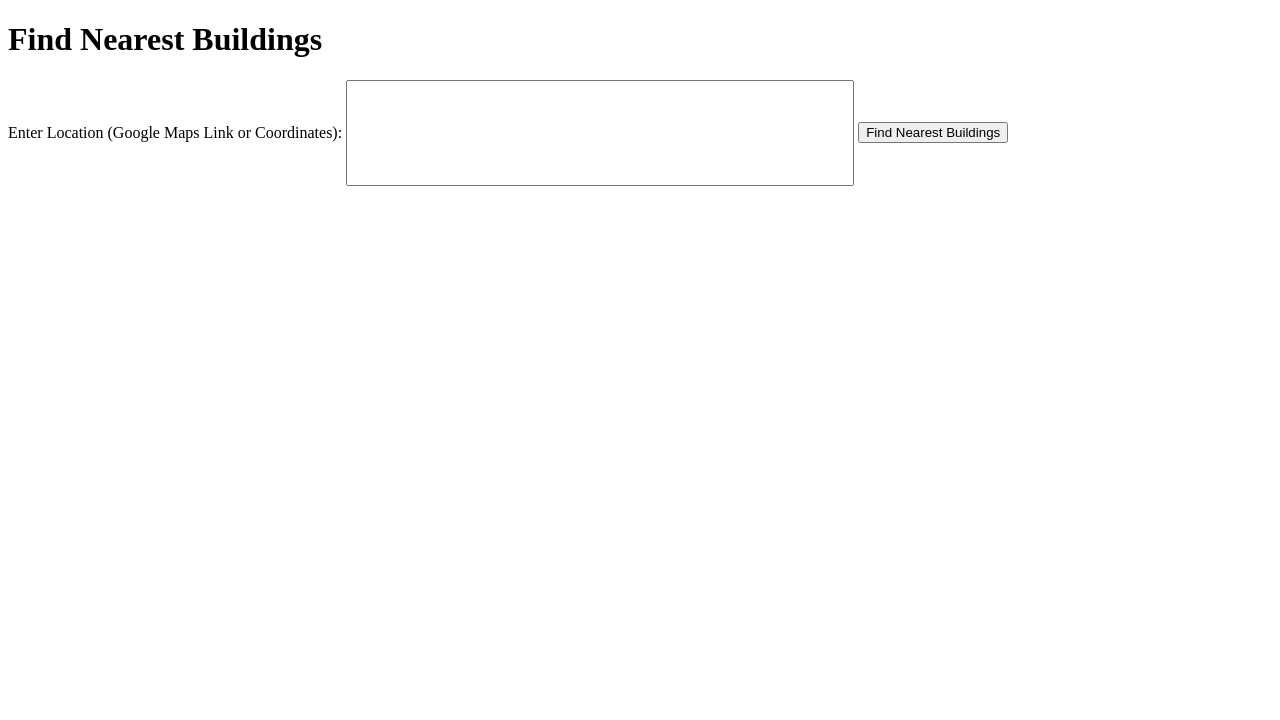
Repository: tuansanji/findmap
Page: index.html
An editor plug-in stored every save of this project. The page is shown before and after the next save, followed by the edit.
The browser window is 1280 px wide. The pictures show the whole page.

Above is the page before, as saved 2023-09-16 01:04:14.

### index.html
<!DOCTYPE html>
<html lang="en">
  <head>
    <meta charset="UTF-8" />
    <meta name="viewport" content="width=device-width, initial-scale=1.0" />
    <title>Find Nearest Buildings</title>
  </head>
  <body>
    <button
      onclick="scrollToTop()"
      id="backToTopBtn"
      style="position: fixed; bottom: 30px; right: 30px"
    >
      back to top
    </button>
    <h1>Find Nearest Buildings</h1>
    <label for="locationInput"
      >Enter Location (Google Maps Link or Coordinates):</label
    >
    <input
      type="text"
      id="locationInput"
      onkeydown="handleInputKeyDown(event)"
      style="width: 500px; height: 100px"
    />
    <button onclick="findNearestBuildings()">Find Nearest Buildings</button>
    <div id="result" style="display: flex; flex-wrap: wrap"></div>
    <script>
      // Function to scroll the page back to the top
      function scrollToTop() {
        const scrollDuration = 500; // Duration of the scroll animation in milliseconds
        const scrollStep = -window.scrollY / (scrollDuration / 15);

        const scrollInterval = setInterval(function () {
          if (window.scrollY !== 0) {
            window.scrollBy(0, scrollStep);
          } else {
            clearInterval(scrollInterval);
          }
        }, 15);
      }

      // Show or hide the back-to-top button based on scroll position
      window.addEventListener("scroll", function () {
        const backToTopButton = document.getElementById("backToTopBtn");
        if (window.scrollY >= 200) {
          backToTopButton.style.display = "block";
        } else {
          backToTopButton.style.display = "none";
        }
      });
    </script>
    <script>
      // Xử lý sự kiện nhấn phím Enter trong ô input
      function handleInputKeyDown(event) {
        if (event.key === "Enter") {
          findNearestBuildings();
        }
      }

      // Hàm tính khoảng cách giữa hai điểm dựa trên tọa độ
      function calculateDistance(coord1, coord2) {
        const [lat1, lon1] = coord1;
        const [lat2, lon2] = coord2;

        const R = 6371; // Bán kính trái đất trong km
        const dLat = (lat2 - lat1) * (Math.PI / 180);
        const dLon = (lon2 - lon1) * (Math.PI / 180);
        const a =
          Math.sin(dLat / 2) * Math.sin(dLat / 2) +
          Math.cos(lat1 * (Math.PI / 180)) *
            Math.cos(lat2 * (Math.PI / 180)) *
            Math.sin(dLon / 2) *
            Math.sin(dLon / 2);
        const c = 2 * Math.atan2(Math.sqrt(a), Math.sqrt(1 - a));
        const distance = R * c;

        return distance;
      }

      // Hàm sắp xếp danh sách tòa nhà theo khoảng cách
      function sortBuildingsByDistance(customerLocation, buildings) {
        const sortedBuildings = buildings.slice(); // Tạo bản sao để không thay đổi mảng gốc
        sortedBuildings.sort((a, b) => {
          const distanceA = calculateDistance(customerLocation, a.location);
          const distanceB = calculateDistance(customerLocation, b.location);
          return distanceA - distanceB;
        });
        return sortedBuildings;
      }

      function findNearestBuildings() {
        const locationInput = document.getElementById("locationInput").value;

        // Xử lý dữ liệu nhập vào (có thể là link Google Maps hoặc tọa độ)
        let customerLocation;
        if (locationInput.includes("google.com/maps")) {
          // Xử lý link Google Maps để trích xuất tọa độ
          // Ví dụ: "https://www.google.com/maps/place/LATITUDE,LONGITUDE"
          const match = locationInput.match(/@([-0-9.]+),([-0-9.]+)/);
          if (match) {
            const latitude = parseFloat(match[1]);
            const longitude = parseFloat(match[2]);
            customerLocation = [latitude, longitude];
          } else {
            alert("Invalid Google Maps link format");
            return;
          }
        } else {
          // Xử lý tọa độ được nhập trực tiếp
          const coords = locationInput.split(",");
          if (coords.length !== 2) {
            alert("Invalid coordinates format");
            return;
          }
          const latitude = parseFloat(coords[0]);
          const longitude = parseFloat(coords[1]);
          customerLocation = [latitude, longitude];
        }

        // Danh sách tòa nhà (thay bằng dữ liệu thật của bạn)
        const buildings = [
          {
            name: " Open 300/600 🇨🇳 Arab Open 500/1000 🇸🇦",
            location: [24.709099, 46.677952],
            image: "../img/1.jpeg",
          },
          {
            name: "Open 300/600 🇨🇳",
            location: [24.614302, 46.757561],
            image: "../img/2.jpeg",
          },
          {
            name: "Open 300/600 🇨🇳",
            location: [24.74888, 46.746197],
            image: "../img/3.jpeg",
          },
          {
            name: "Open 300/600 🇨🇳",
            location: [24.775969, 46.686413],
            image: "../img/4.jpeg",
          },
          {
            name: "Open 300/600 🇨🇳",
            location: [24.765007, 46.766022],
            image: "../img/5.jpeg",
          },
          {
            name: "Open 300/600 🇨🇳",
            location: [24.667753, 46.728447],
            image: "../img/6.jpeg",
          },
          {
            name: "Open 300/600 🇨🇳",
            location: [24.66505, 46.730772],
            image: "../img/7.jpeg",
          },
          {
            name: "Open 300/600 🇨🇳",
            location: [24.698891, 46.722038],
            image: "../img/8.jpeg",
          },
          {
            name: "Open 300/600 🇨🇳",
            location: [24.824713, 46.635332],
            image: "../img/9.jpeg",
          },
          {
            name: "Open 300/600 🇨🇳",
            location: [24.666527, 46.730393],
            image: "../img/10.jpeg",
          },
          {
            name: "Arabic Open 500/1000 🇸🇦",
            location: [24.695709, 46.702053],
            image: "../img/11.jpeg",
          },
          {
            name: "Open 300/600 🇨🇳",
            location: [24.663883, 46.705864],
            image: "../img/12.jpeg",
          },
          {
            name: "Open 300/600 🇨🇳",
            location: [24.750193, 46.780224],
            image: "../img/13.jpeg",
          },
          {
            name: "Arabic Open 500/1000 🇸🇦",
            location: [24.807989, 46.625645],
            image: "../img/14.jpeg",
          },
          {
            name: "Open 300/600 🇨🇳",
            location: [24.780373, 46.766384],
            image: "../img/15.jpeg",
          },
          {
            name: "Open 300/600 🇨🇳",
            location: [24.877214, 46.619591],
            image: "../img/16.jpeg",
          },
          {
            name: "Arabic Open 500/1000 🇸🇦",
            location: [24.7085381, 46.6777878],
            image: "../img/17.jpeg",
          },
          {
            name: "Open 300/600 🇨🇳",
            location: [24.669651, 46.722164],
            image: "../img/18.jpeg",
          },
          {
            name: "Open 300/600 🇨🇳",
            location: [24.726784, 46.60424],
            image: "../img/19.jpeg",
          },
          {
            name: "Open 300/600 🇨🇳",
            location: [24.748894, 46.746208],
            image: "../img/20.jpeg",
          },
          {
            name: "Open 300/600 🇨🇳",
            location: [24.802599, 46.795124],
            image: "../img/21.jpeg",
          },
          {
            name: "Open 300/600 🇨🇳",
            location: [24.637366, 46.57121],
            image: "../img/22.jpeg",
          },
          {
            name: "Open 300/600 No condom 400/1 Ass 500-1🇨🇳",
            location: [24.7991295, 46.6856117],
            image: "../img/61.jpeg",
          },
          {
            name: "Open 300/600 🇨🇳Arabic 500/1000 🇸🇦",
            location: [24.6373653, 46.5686341],
            image: "../img/62.jpeg",
          },
          {
            name: "riyadh map việt 250",
            location: [24.815424, 46.780002],
            image: "../img/22.jpeg",
          },
          {
            name: "Open 300/600 🇨🇳",
            location: [24.7409096, 46.8348503],
            image: "../img/54.jpeg",
          },
          {
            name: "Open 300/600 🇨🇳",
            location: [24.5911446, 46.5914993],
            image: "../img/55.jpeg",
          },
          {
            name: "Open 300/600 🇻🇳🇻🇳",
            location: [24.7558804, 46.7999039],
            image: "../img/56.jpeg",
          },

          {
            name: " Russian Open 500/1000 🇹🇭",
            location: [24.7832661, 46.6595612],
            image: "../img/63.jpeg",
          },
          //   saudi location
          {
            name: "Abha Open 350/600",
            location: [18.282978, 42.591976],
            image: "../img/23.jpeg",
          },

          {
            name: "  Abha Open 350/600 Ass 600-1",
            location: [18.2419, 42.488125],
            image: "../img/24.jpeg",
          },
          {
            name: "Abha Open 350/600",
            location: [18.194075, 42.564247],
            image: "../img/25.jpeg",
          },

          {
            name: "Abha Open 350/600",
            location: [18.225231, 42.587166],
            image: "../img/40.jpeg",
          },

          {
            name: "khobar 26",
            location: [26.289696, 50.186661],
            image: "../img/26.jpeg",
          },

          {
            name: " Khobar 🇨🇳Arab 600/1000 🇸🇦",
            location: [26.2930832, 50.1911163],
            image: "../img/51.jpeg",
          },

          {
            name: "khobar 27",
            location: [26.286106, 50.207184],
            image: "../img/27.jpeg",
          },

          {
            name: "khobar 28",
            location: [26.3034, 50.206261],
            image: "../img/28.jpeg",
          },

          {
            name: "khobar 29",
            location: [26.29373, 50.178825],
            image: "../img/29.jpeg",
          },
          {
            name: "khobar 50",
            location: [26.3015137, 50.1956864],
            image: "../img/50.jpeg",
          },
          {
            name: "saudi 30",
            location: [26.295513, 50.176457],
            image: "../img/30.jpeg",
          },
          {
            name: "Jeddah Open 300/600 Old Customer 🇨🇳",
            location: [21.6190109, 39.1621361],
            image: "../img/64.jpeg",
          },
          {
            name: "saudi 31",
            location: [26.272463, 50.215557],
            image: "../img/31.jpeg",
          },
          {
            name: "Jeddah Open Russian 600/1200🇹🇭",
            location: [21.5192451, 39.1594582],
            image: "../img/66.jpeg",
          },

          {
            name: "hoful 32",
            location: [25.352739, 49.581425],
            image: "../img/32.jpeg",
          },
          {
            name: "jeddah 33",
            location: [21.5792046, 39.1554451],
            image: "../img/65.jpeg",
          },
          {
            name: "jeddah 33",
            location: [21.517334, 39.161301],
            image: "../img/33.jpeg",
          },
          {
            name: "jeddah 52",
            location: [21.620813, 39.191269],
            image: "../img/52.jpeg",
          },
          {
            name: "jeddah 34",
            location: [21.617884, 39.189342],
            image: "../img/34.jpeg",
          },
          {
            name: "jeddah 53",
            location: [21.584362, 39.1601028],
            image: "../img/53.jpeg",
          },

          {
            name: "jeddah 35",
            location: [21.514982, 39.157414],
            image: "../img/35.jpeg",
          },

          {
            name: "jeddah 36",
            location: [21.512943, 39.165569],
            image: "../img/36.jpeg",
          },

          {
            name: "jeddah 37",
            location: [21.568386, 39.177606],
            image: "../img/37.jpeg",
          },

          {
            name: "jeddah 38",
            location: [21.514565, 39.163582],
            image: "../img/38.jpeg",
          },

          {
            name: "jeddah 39",
            location: [21.583387, 39.153301],
            image: "../img/39.jpeg",
          },

          {
            name: "khobar 41",
            location: [26.283901, 50.20348],
            image: "../img/41.jpeg",
          },
          {
            name: "Khobar Open Arabic 600/1200 Ass 800/1",
            location: [26.2911396, 50.1802445],
            image: "../img/58.jpeg",
          },
          {
            name: "jeddah 42",
            location: [21.516012, 39.159382],
            image: "../img/42.jpeg",
          },
          {
            name: "Jeddah Open 300/600 Ass 600-1🇨🇳Arab 600/1000 Ass 800-1",
            location: [21.5682201, 39.1749878],
            image: "../img/60.jpeg",
          },
          {
            name: "jeddah 42",
            location: [21.5202274, 39.1565972],
            image: "../img/59.jpeg",
          },
          {
            name: "jeddah 43",
            location: [21.593284, 39.155973],
            image: "../img/43.jpeg",
          },

          {
            name: "jeddah 44",
            location: [21.615686, 39.164997],
            image: "../img/44.jpeg",
          },

          {
            name: "jeddah 45",
            location: [21.606899, 39.154701],
            image: "../img/45.jpeg",
          },

          {
            name: "jeddah 46",
            location: [21.525054, 39.178978],
            image: "../img/46.jpeg",
          },
          {
            name: "khobar 47",
            location: [26.2720528, 50.2155113],
            image: "../img/47.jpeg",
          },
          {
            name: "jeddah 48",
            location: [21.488344, 39.226261],
            image: "../img/48.jpeg",
          },
          {
            name: "riyadh 49",
            location: [24.7092247, 46.6703377],
            image: "../img/49.jpeg",
          },
          {
            name: "Jeddah Open 300/600 🇨🇳",
            location: [21.5683861, 39.1750298],
            image: "../img/57.jpeg",
          },
          // Thêm các tòa nhà khác
        ];
        const sortedBuildings = sortBuildingsByDistance(
          customerLocation,
          buildings
        );

        // Hiển thị kết quả
        const resultDiv = document.getElementById("result");
        // resultDiv.innerHTML = "<h2>Nearest Buildings:</h2>";
        for (const building of sortedBuildings) {
          const distance = calculateDistance(
            customerLocation,
            building.location
          );
          resultDiv.innerHTML += `
  <div style="border: 1px solid #333;    display: flex; flex-basis: calc(25% - 20px); margin-right: 20px; align-items: center; justify-content: space-between; margin-bottom: 20px;flex-direction: column-reverse;">
    <h3>${building.name}</h3>
    <p>Distance: ${distance.toFixed(2)} km</p>
    <p>Location: <a target="_blank" href="${locationToGoogleMapsLink(
      building.location
    )}">View on Google Maps</a></p>
    <img src="${building.image}" alt="${
            building.name
          }" width="200" height="300" />
  </div>
`;
        }
      }

      function locationToGoogleMapsLink(location) {
        return `https://www.google.com/maps/place/${location[0]},${location[1]}`;
      }
    </script>
  </body>
</html>

After the next save:
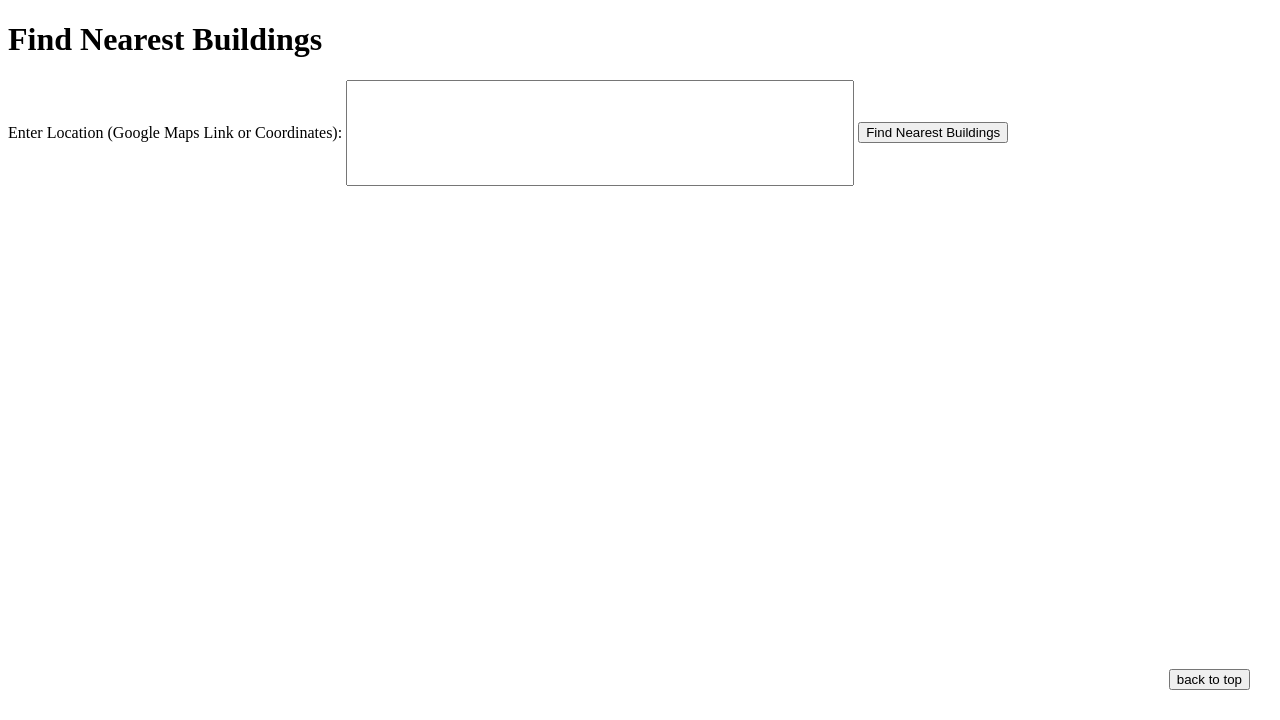
Saved 13 h 21 min later.
--- a/index.html
+++ b/index.html
@@ -25,6 +25,7 @@
     />
     <button onclick="findNearestBuildings()">Find Nearest Buildings</button>
     <div id="result" style="display: flex; flex-wrap: wrap"></div>
+
     <script>
       // Function to scroll the page back to the top
       function scrollToTop() {
@@ -40,17 +41,6 @@
         }, 15);
       }
 
-      // Show or hide the back-to-top button based on scroll position
-      window.addEventListener("scroll", function () {
-        const backToTopButton = document.getElementById("backToTopBtn");
-        if (window.scrollY >= 200) {
-          backToTopButton.style.display = "block";
-        } else {
-          backToTopButton.style.display = "none";
-        }
-      });
-    </script>
-    <script>
       // Xử lý sự kiện nhấn phím Enter trong ô input
       function handleInputKeyDown(event) {
         if (event.key === "Enter") {

After the 2 saves that followed:
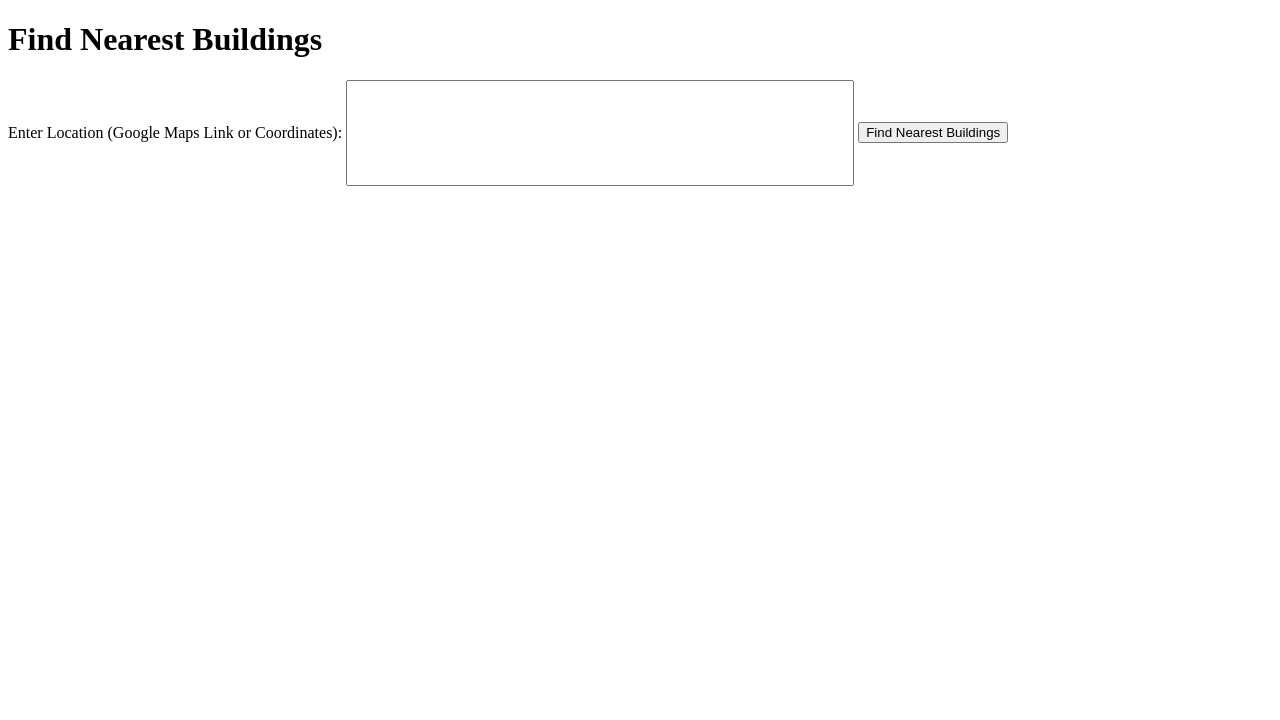
The 2 saves are shown as one change because 1 left the picture as it was.
The last was saved 2 min 48 s later.
--- a/index.html
+++ b/index.html
@@ -6,13 +6,13 @@
     <title>Find Nearest Buildings</title>
   </head>
   <body>
-    <button
+    <!-- <button
       onclick="scrollToTop()"
       id="backToTopBtn"
       style="position: fixed; bottom: 30px; right: 30px"
     >
       back to top
-    </button>
+    </button> -->
     <h1>Find Nearest Buildings</h1>
     <label for="locationInput"
       >Enter Location (Google Maps Link or Coordinates):</label
@@ -27,19 +27,19 @@
     <div id="result" style="display: flex; flex-wrap: wrap"></div>
 
     <script>
-      // Function to scroll the page back to the top
-      function scrollToTop() {
-        const scrollDuration = 500; // Duration of the scroll animation in milliseconds
-        const scrollStep = -window.scrollY / (scrollDuration / 15);
-
-        const scrollInterval = setInterval(function () {
-          if (window.scrollY !== 0) {
-            window.scrollBy(0, scrollStep);
-          } else {
-            clearInterval(scrollInterval);
-          }
-        }, 15);
-      }
+      // // Function to scroll the page back to the top
+      // function scrollToTop() {
+      //   const scrollDuration = 500; // Duration of the scroll animation in milliseconds
+      //   const scrollStep = -window.scrollY / (scrollDuration / 15);
+
+      //   const scrollInterval = setInterval(function () {
+      //     if (window.scrollY !== 0) {
+      //       window.scrollBy(0, scrollStep);
+      //     } else {
+      //       clearInterval(scrollInterval);
+      //     }
+      //   }, 15);
+      // }
 
       // Xử lý sự kiện nhấn phím Enter trong ô input
       function handleInputKeyDown(event) {
